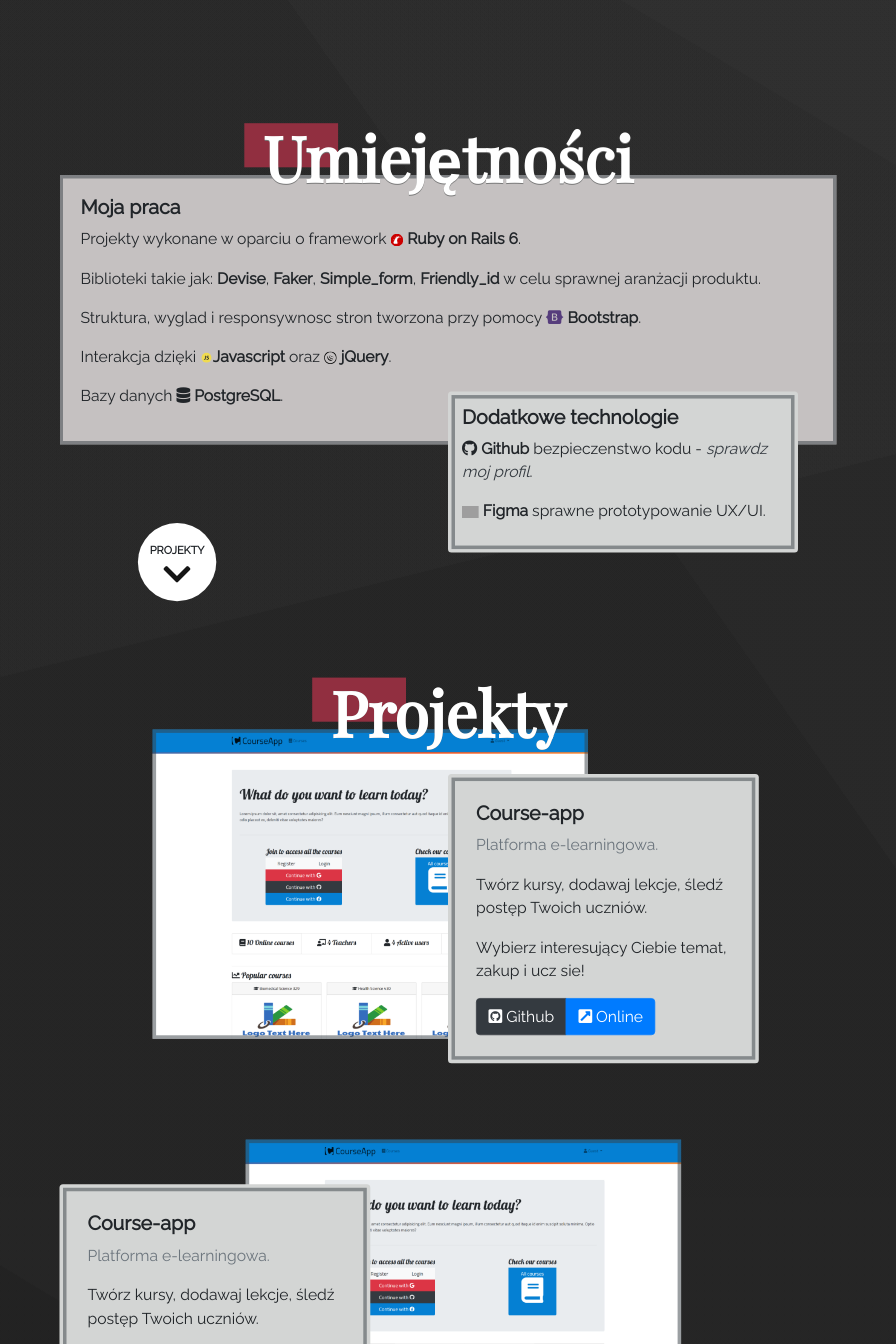
Repository: debicky/debicky.github.io
Page: index.html
These files come from the project's save history. The page is drawn as it stood at one moment and after a run of saves; the edit follows.
The browser window is 1280 px wide. The pictures show the part of the page from y = 580 to 2500 px (the page is 4673 px tall), at 70% of full size.
Pictures or frames that could not be fetched are drawn as grey boxes. Some web libraries are served in a nearby version.

Above is the page before, as saved 2020-06-16 14:57:06.

After the next 2 saves:
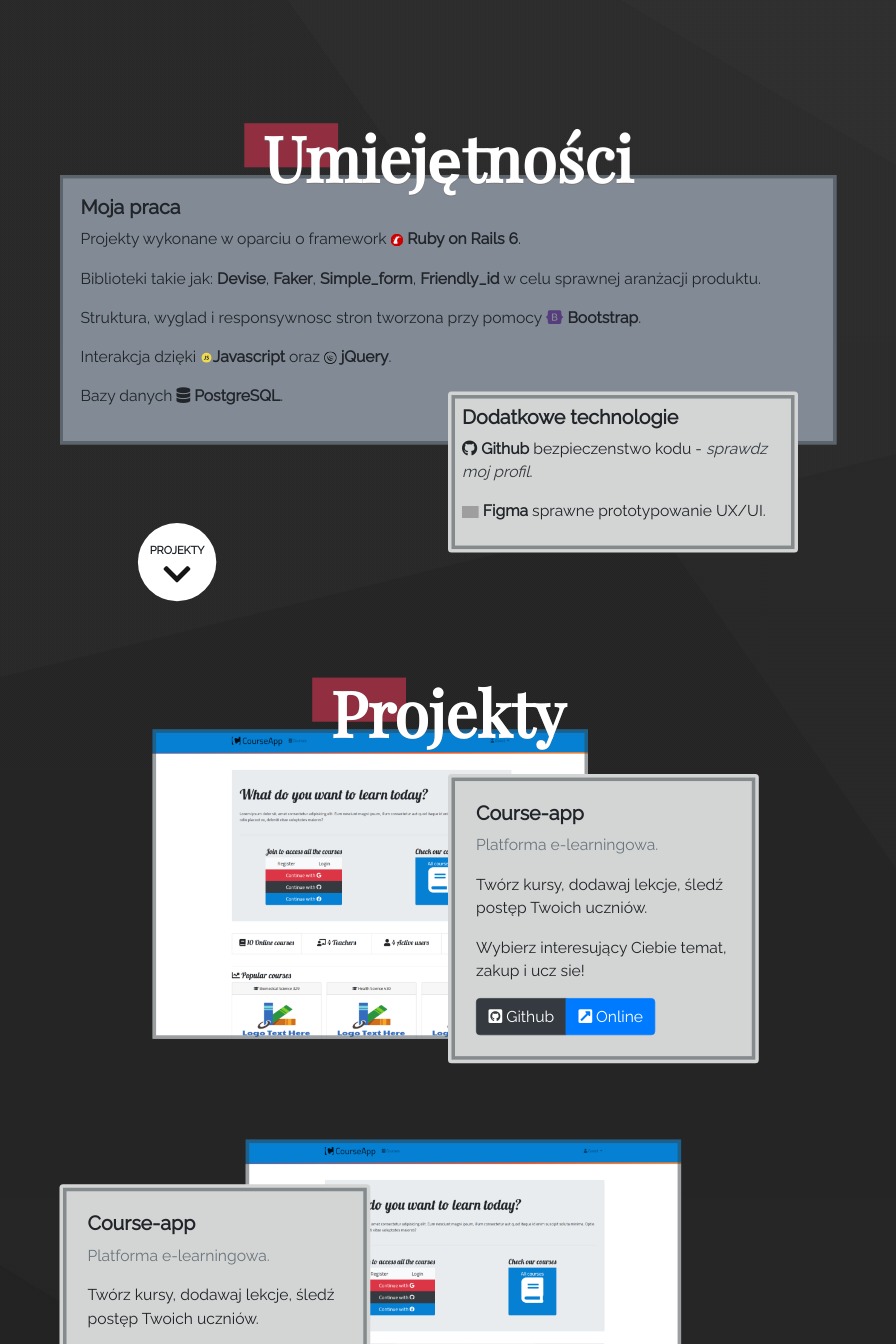
The 2 saves are shown as one change because they came seconds apart.
The last was saved 75 s later.
--- a/styles.css
+++ b/styles.css
@@ -110,7 +110,7 @@ height: 18px;
 
 .main-about-description, .minor-about-description{
   width: 100%;
-  background-color: rgb(197, 193, 193);
+  background-color: #828A95;
   padding: 30px;
   outline: 5px solid rgba(56, 65, 71, 0.5);
   outline-offset: -5px;
